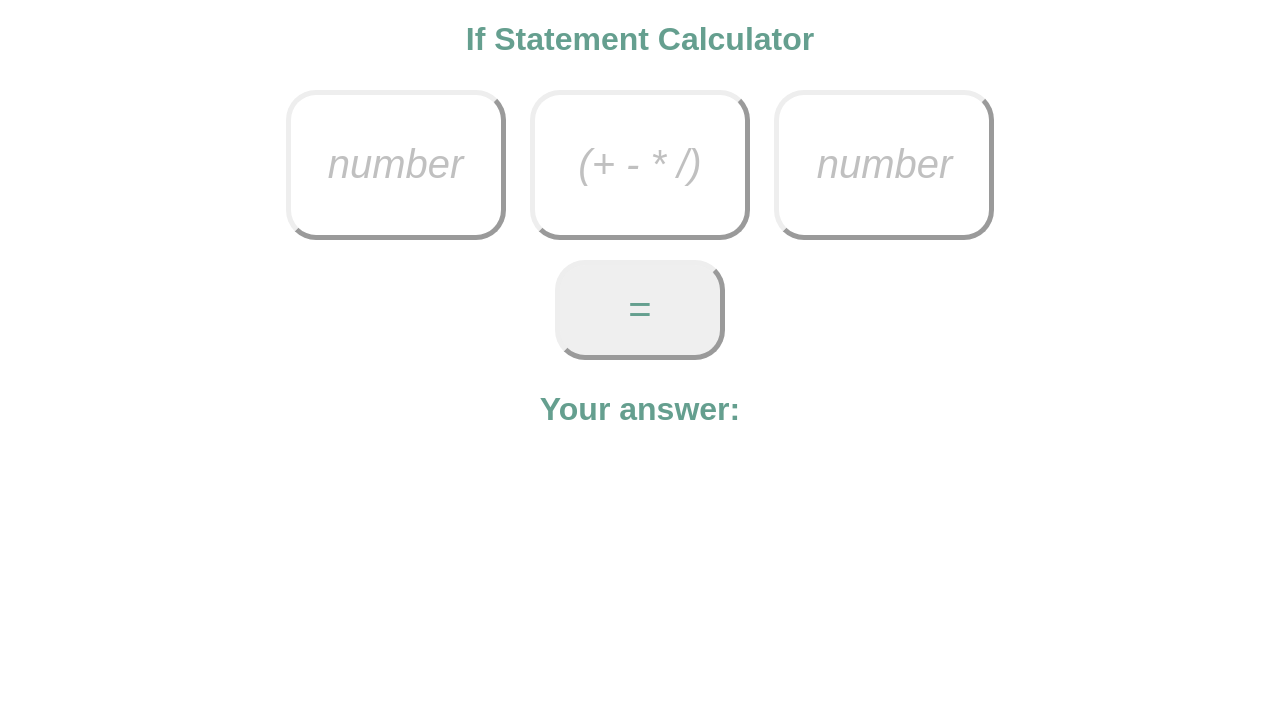
Repository: WesleyErasmus/threeInputCalculator
Page: html/if-calculator.html
An editor plug-in stored every save of this project. The page is shown before and after the next save, followed by the edit.
The browser window is 1280 px wide. The pictures show the whole page.

Above is the page before, as saved 2022-04-27 22:51:38.

### html/if-calculator.html
<!DOCTYPE html>
<html lang="en">
<head>
    <meta charset="UTF-8">
    <meta http-equiv="X-UA-Compatible" content="IE=edge">
    <meta name="viewport" content="width=device-width, initial-scale=1.0">
    <title>JS If Calculator</title>
    <link rel="stylesheet" href="/css/stylesheet.css">
    <script src="/js/if-calculator.js"></script>
</head>
<body>

<center>
    <form onsubmit="return false;">
        <h1>If Statement Calculator</h1>
         <input id="input1" type="text" name = "input1" placeholder="number"> <!-- input-1 -->
         <input id="input3" type="text" name = "input3" placeholder="(+ - * /)"> <!-- input-3 (operator) -->
         <input id="input2" type="text" name = "input2" placeholder="number"> <!-- input-2 -->
        <div>
         <button onclick="sum()">=</button>
        </div>
         <h1>Your answer:</h1>
         <p id="output"></p>
    </form>
</center>
</body>
</html>

### css/stylesheet.css
body {
font-family: sans-serif;
/* background-color: #9e9e9e; */
}
h1 {
    color: #659f8f;
}
form {
display: block;
margin: 0 auto;
}
input {
    width: 170px;
    height: 100px;
    padding: 20px;
    margin: 10px;
    text-align: center;
    font-size: 40px;
    border-radius: 30px;
    border: 5px outset;
}
button {
    color: #659f8f;
    width: 170px;
    height: 100px;
    padding: 0;
    margin: 10px;
    font-size: 40px;
    border-radius: 30px;
    border: 5px outset;
}
p {
    text-align: center;
    margin: 10px;
    padding: 20px;
    font-size: 75px;
    border-radius: 10px;
    color: #d5613a;
}
::placeholder {
    color: #9e9e9ea6;
    font-style: italic;
}

### js/if-calculator.js
function sum() {
const num1 = document.getElementById("input1").value;
const num2 = document.getElementById("input2").value;
const operator = document.getElementById("input3").value;
const output = document.getElementById("output").value;
  let answer;
  document.getElementById("output").value;
  if (operator == '+') {
    answer = +num1 + +num2;
    document.getElementById("output").innerHTML = answer;
  } else if (operator == '-') {
    answer = num1 - num2;
    document.getElementById("output").innerHTML = answer;
  } else if (operator == '*') {
    answer = num1 * num2;
    document.getElementById("output").innerHTML = answer;
  } else {
    answer = num1 / num2;
    document.getElementById("output").innerHTML = answer;
  }console.log(answer);
}

After the next save:
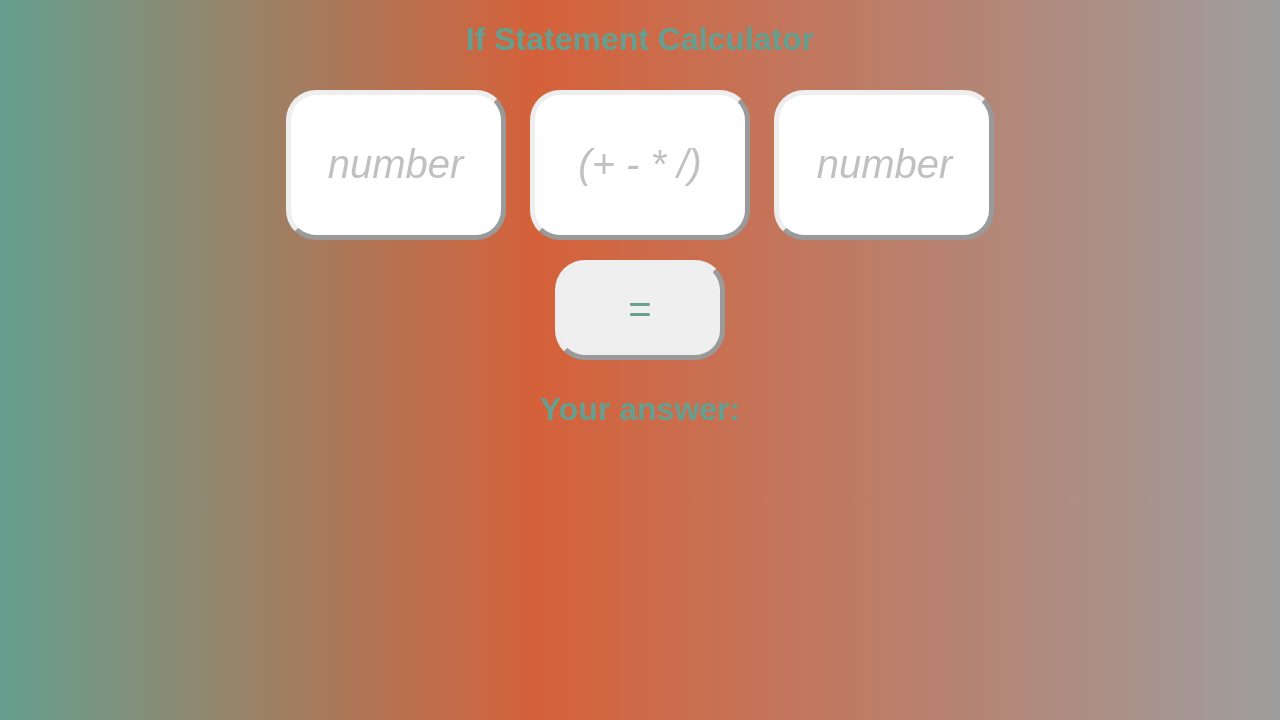
Saved 2 min 55 s later.
--- a/css/stylesheet.css
+++ b/css/stylesheet.css
@@ -1,6 +1,7 @@
 body {
 font-family: sans-serif;
-/* background-color: #9e9e9e; */
+background: rgb(101,159,143);
+background: linear-gradient(90deg, rgba(101,159,143,1) 0%, rgba(213,97,58,1) 42%, rgba(158,158,158,1) 100%);
 }
 h1 {
     color: #659f8f;
